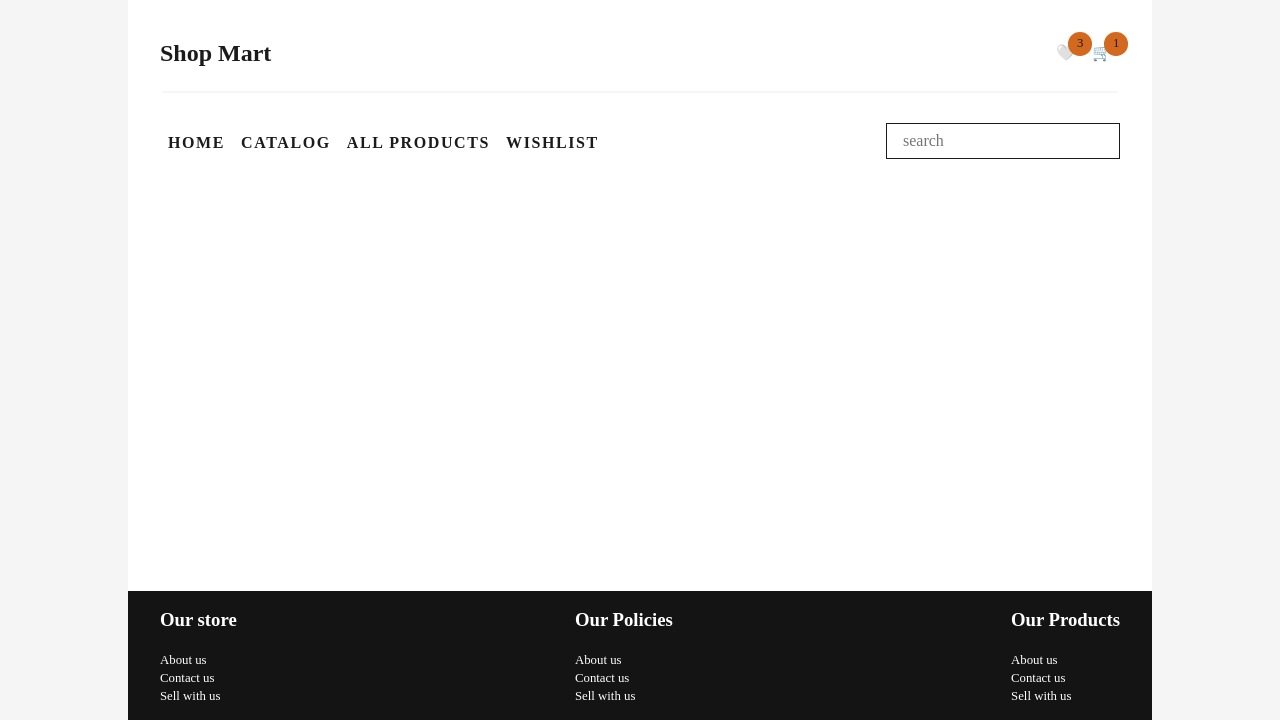
Repository: MeowCeline00/comp3170-lab-1
Page: /
An editor plug-in stored every save of this project. The page is shown before and after a run of saves, followed by the edit.
The browser window is 1280 px wide. The pictures show the whole page.
The project was rebuilt for these pictures with package versions that can differ from the ones it lists, and the page was loaded fresh each time. Also part of the build but not shown: vite.config.js.

Above is the page before, as saved 2024-09-11 13:57:10.

After the next 6 saves:
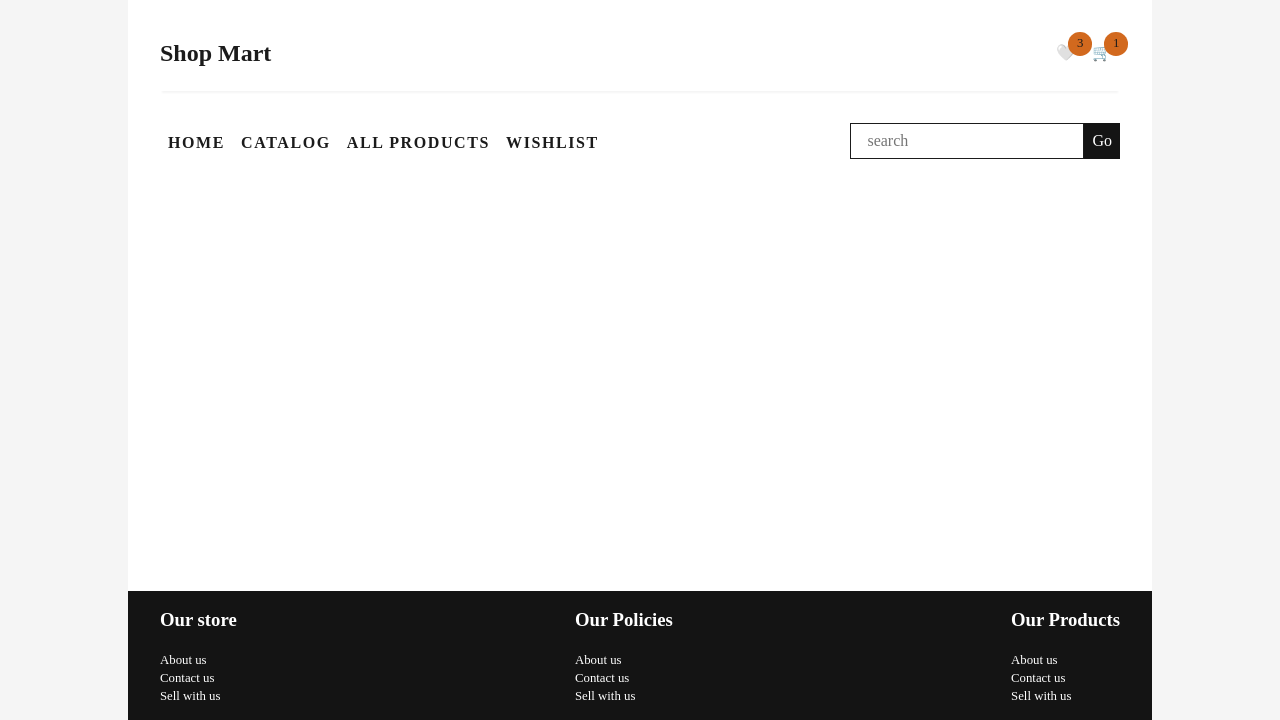
The 6 saves are shown as one change because 1 did not build or start and some came seconds apart.
The last was saved 21 s later.
--- a/src/App.jsx
+++ b/src/App.jsx
@@ -28,6 +28,7 @@ function App() {
               </nav>
               <form>
                 <input type="search" placeholder="search"></input>
+                <button type="button">Go</button>
               </form>
 
             </div>
